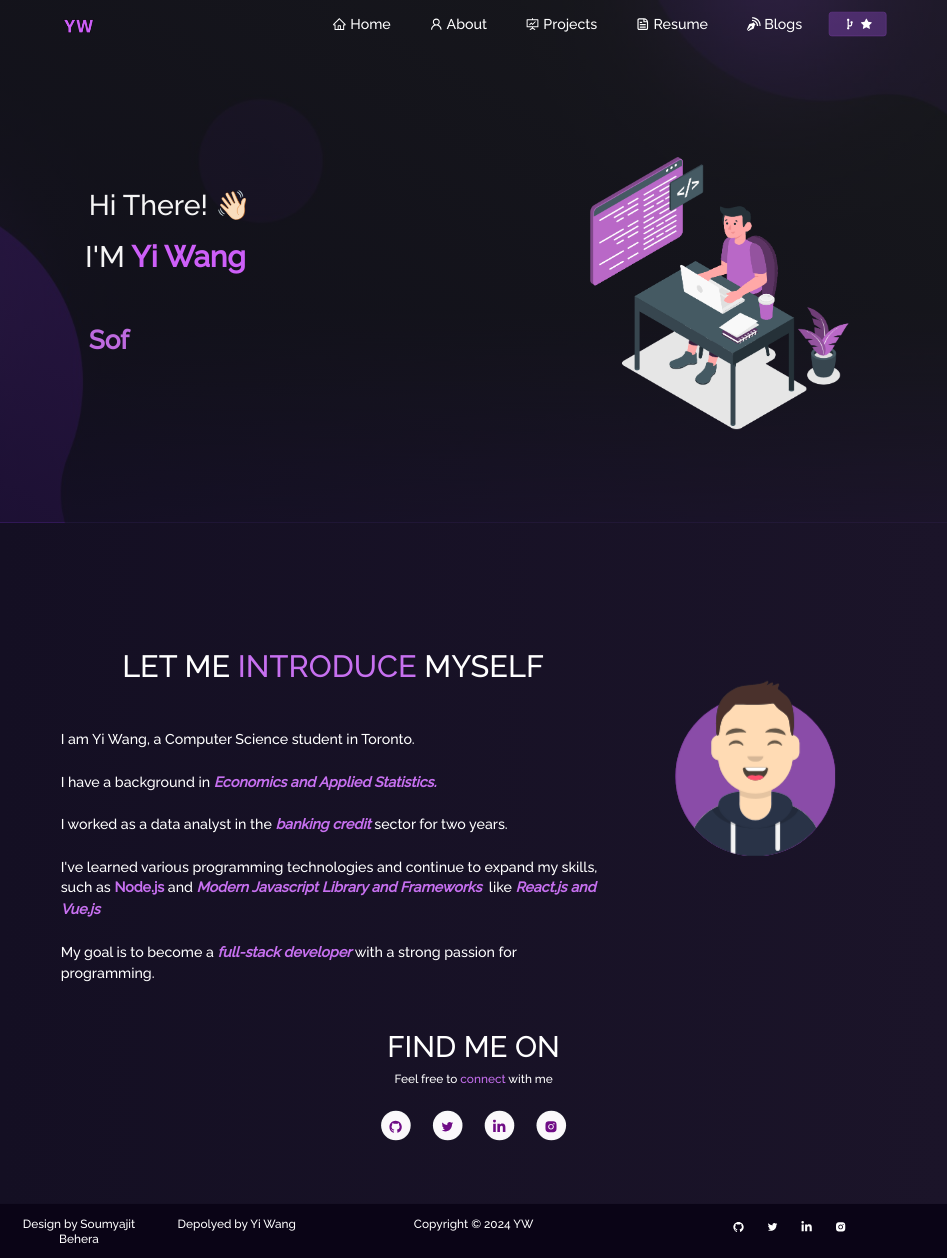
Repository: YiWang24/Portfolio
Page: /
The author's editor kept a copy of each file at every save. The page is drawn from the files as they stood at one save, then again after the next save.
The browser window is 1280 px wide. The pictures show the whole page, at 74% of full size.
The project was rebuilt for these pictures with package versions that can differ from the ones it lists, and the page was loaded fresh each time. Also part of the build but not shown: src/components/About/Github.js, src/components/About/Techstack.js, src/components/About/AboutCard.js, src/components/About/Toolstack.js, src/components/About/About.js, src/components/Projects/ProjectCards.js, src/components/Projects/Projects.js, src/components/Resume/ResumeNew.js. Imported but missing from the stored project, and not drawn on this page: src/Assets/Soumyajit_Behera-BIT_MESRA.pdf.

Above is the page before, as saved 2024-08-21 20:18:14.

### public/index.html
<!DOCTYPE html>
<html lang="en">

<head>
  <meta charset="utf-8" />
  <link rel="icon" href="%PUBLIC_URL%/favicon.png" />
  <meta name="viewport" content="width=device-width, initial-scale=1" />
  <meta name="theme-color" content="#000000" />
  <meta name="description" content="Web site created using create-react-app" />
  <link rel="manifest" href="%PUBLIC_URL%/manifest.json" />
  <title>Yi Wang | Portfolio</title>
  <meta name="description" content="Self Developed personal website build with React.js">

  <!-- Google / Search Engine Tags -->
  <meta itemprop="name" content="Yi Wang | Portfolio">
  <meta itemprop="description" content="Self Developed personal website build with React.js">
  <meta itemprop="image"
    content="https://raw.githubusercontent.com/soumyajit4419/Portfolio/master/Images/readme-img.png?token=AK7VCIF5RYEUZZAURELPTAC76U6AK">

  <!-- Facebook Meta Tags -->
  <meta property="og:url" content="https://soumyajit.vercel.app">
  <meta property="og:type" content="website">
  <meta property="og:title" content="Yi Wang | Portfolio">
  <meta property="og:description" content="Self Developed personal website build with React.js">
  <meta property="og:image"
    content="https://raw.githubusercontent.com/soumyajit4419/Portfolio/master/Images/readme-img.png?token=AK7VCIF5RYEUZZAURELPTAC76U6AK">

  <!-- Twitter Meta Tags -->
  <meta name="twitter:card" content="summary_large_image">
  <meta name="twitter:title" content="Yi Wang | Portfolio">
  <meta name="twitter:description" content="Self Developed personal website build with React.js">
  <meta name="twitter:image"
    content="https://raw.githubusercontent.com/soumyajit4419/Portfolio/master/Images/readme-img.png?token=AK7VCIF5RYEUZZAURELPTAC76U6AK">
</head>

<body>
  <noscript>You need to enable JavaScript to run this app.</noscript>
  <div id="root"></div>
</body>

</html>

### src/components/Navbar.js
import React, { useState } from "react";
import Navbar from "react-bootstrap/Navbar";
import Nav from "react-bootstrap/Nav";
import Container from "react-bootstrap/Container";
import logo from "../Assets/logo.png";
import Button from "react-bootstrap/Button";
import { Link } from "react-router-dom";
import { CgGitFork } from "react-icons/cg";
import { ImBlog } from "react-icons/im";
import {
  AiFillStar,
  AiOutlineHome,
  AiOutlineFundProjectionScreen,
  AiOutlineUser,
} from "react-icons/ai";

import { CgFileDocument } from "react-icons/cg";

function NavBar() {
  const [expand, updateExpanded] = useState(false);
  const [navColour, updateNavbar] = useState(false);

  function scrollHandler() {
    if (window.scrollY >= 20) {
      updateNavbar(true);
    } else {
      updateNavbar(false);
    }
  }

  window.addEventListener("scroll", scrollHandler);

  return (
    <Navbar
      expanded={expand}
      fixed="top"
      expand="md"
      className={navColour ? "sticky" : "navbar"}
    >
      <Container>
        <Navbar.Brand href="/" className="d-flex">
          <img src={logo} className="img-fluid logo" alt="brand" />
        </Navbar.Brand>
        <Navbar.Toggle
          aria-controls="responsive-navbar-nav"
          onClick={() => {
            updateExpanded(expand ? false : "expanded");
          }}
        >
          <span></span>
          <span></span>
          <span></span>
        </Navbar.Toggle>
        <Navbar.Collapse id="responsive-navbar-nav">
          <Nav className="ms-auto" defaultActiveKey="#home">
            <Nav.Item>
              <Nav.Link as={Link} to="/" onClick={() => updateExpanded(false)}>
                <AiOutlineHome style={{ marginBottom: "2px" }} /> Home
              </Nav.Link>
            </Nav.Item>

            <Nav.Item>
              <Nav.Link
                as={Link}
                to="/about"
                onClick={() => updateExpanded(false)}
              >
                <AiOutlineUser style={{ marginBottom: "2px" }} /> About
              </Nav.Link>
            </Nav.Item>

            <Nav.Item>
              <Nav.Link
                as={Link}
                to="/project"
                onClick={() => updateExpanded(false)}
              >
                <AiOutlineFundProjectionScreen
                  style={{ marginBottom: "2px" }}
                />{" "}
                Projects
              </Nav.Link>
            </Nav.Item>

            <Nav.Item>
              <Nav.Link
                as={Link}
                to="/resume"
                onClick={() => updateExpanded(false)}
              >
                <CgFileDocument style={{ marginBottom: "2px" }} /> Resume
              </Nav.Link>
            </Nav.Item>

            <Nav.Item>
              <Nav.Link
                href="https://soumyajitblogs.vercel.app/"
                target="_blank"
                rel="noreferrer"
              >
                <ImBlog style={{ marginBottom: "2px" }} /> Blogs
              </Nav.Link>
            </Nav.Item>

            <Nav.Item className="fork-btn">
              <Button
                href="https://github.com/YiWang24/Portfolio"
                target="_blank"
                className="fork-btn-inner"
              >
                <CgGitFork style={{ fontSize: "1.2em" }} />{" "}
                <AiFillStar style={{ fontSize: "1.1em" }} />
              </Button>
            </Nav.Item>
          </Nav>
        </Navbar.Collapse>
      </Container>
    </Navbar>
  );
}

export default NavBar;

### src/components/Home/Home.js
import React from "react";
import { Container, Row, Col } from "react-bootstrap";
import homeLogo from "../../Assets/home-main.svg";
import Particle from "../Particle";
import Home2 from "./Home2";
import Type from "./Type";

function Home() {
  return (
    <section>
      <Container fluid className="home-section" id="home">
        <Particle />
        <Container className="home-content">
          <Row>
            <Col md={7} className="home-header">
              <h1 style={{ paddingBottom: 15 }} className="heading">
                Hi There!{" "}
                <span className="wave" role="img" aria-labelledby="wave">
                  👋🏻
                </span>
              </h1>

              <h1 className="heading-name">
                I'M
                <strong className="main-name"> Yi Wang</strong>
              </h1>

              <div style={{ padding: 50, textAlign: "left" }}>
                <Type />
              </div>
            </Col>

            <Col md={5} style={{ paddingBottom: 20 }}>
              <img
                src={homeLogo}
                alt="home pic"
                className="img-fluid"
                style={{ maxHeight: "450px" }}
              />
            </Col>
          </Row>
        </Container>
      </Container>
      <Home2 />
    </section>
  );
}

export default Home;

### src/components/Footer.js
import React from "react";
import { Container, Row, Col } from "react-bootstrap";
import {
  AiFillGithub,
  AiOutlineTwitter,
  AiFillInstagram,
} from "react-icons/ai";
import { FaLinkedinIn } from "react-icons/fa";

function Footer() {
  let date = new Date();
  let year = date.getFullYear();
  return (
    <Container fluid className="footer">
      <Row>
        <Col md="2" className="footer-copywright">
          <h3>Design by Soumyajit Behera</h3>
        </Col>
        <Col md="2" className="footer-copywright">
          <h3>Depolyed by Yi Wang</h3>
        </Col>
        <Col md="4" className="footer-copywright">
          <h3>Copyright © {year} YW</h3>
        </Col>
        <Col md="4" className="footer-body">
          <ul className="footer-icons">
            <li className="social-icons">
              <a
                href="https://github.com/YiWang24"
                style={{ color: "white" }}
                target="_blank"
                rel="noopener noreferrer"
                aria-label="GitHub"
              >
                <AiFillGithub />
              </a>
            </li>
            <li className="social-icons">
              <a
                href="https://twitter.com/Soumyajit4419"
                style={{ color: "white" }}
                target="_blank"
                rel="noopener noreferrer"
              >
                <AiOutlineTwitter />
              </a>
            </li>
            <li className="social-icons">
              <a
                href="https://www.linkedin.com/in/yi-wang-51892731a/"
                style={{ color: "white" }}
                target="_blank"
                rel="noopener noreferrer"
              >
                <FaLinkedinIn />
              </a>
            </li>
            <li className="social-icons">
              <a
                href="https://www.instagram.com/soumyajit4419"
                style={{ color: "white" }}
                target="_blank"
                rel="noopener noreferrer"
              >
                <AiFillInstagram />
              </a>
            </li>
          </ul>
        </Col>
      </Row>
    </Container>
  );
}

export default Footer;

### src/components/Particle.js
import React from "react";
import Particles from "react-tsparticles";

function Particle() {
  return (
    <Particles
      id="tsparticles"
      params={{
        particles: {
          number: {
            value: 160,
            density: {
              enable: true,
              value_area: 1500,
            },
          },
          line_linked: {
            enable: false,
            opacity: 0.03,
          },
          move: {
            direction: "right",
            speed: 0.05,
          },
          size: {
            value: 1,
          },
          opacity: {
            anim: {
              enable: true,
              speed: 1,
              opacity_min: 0.05,
            },
          },
        },
        interactivity: {
          events: {
            onclick: {
              enable: true,
              mode: "push",
            },
          },
          modes: {
            push: {
              particles_nb: 1,
            },
          },
        },
        retina_detect: true,
      }}
    />
  );
}

export default Particle;

### src/components/Home/Home2.js
import React from "react";
import { Container, Row, Col } from "react-bootstrap";
import myImg from "../../Assets/avatar.svg";
import Tilt from "react-parallax-tilt";
import {
  AiFillGithub,
  AiOutlineTwitter,
  AiFillInstagram,
} from "react-icons/ai";
import { FaLinkedinIn } from "react-icons/fa";

function Home2() {
  return (
    <Container fluid className="home-about-section" id="about">
      <Container>
        <Row>
          <Col md={8} className="home-about-description">
            <h1 style={{ fontSize: "2.6em" }}>
              LET ME <span className="purple"> INTRODUCE </span> MYSELF
            </h1>
            <p className="home-about-body">
              I am Yi Wang, a Computer Science student in Toronto.
              <br />
              <br />I have a background in
              <i>
                <b className="purple"> Economics and Applied Statistics. </b>
              </i>
              <br />
              <br />I worked as a data analyst in the{" "}
              <i>
                <b className="purple">banking credit </b>
              </i>
              sector for two years. &nbsp;
              <br />
              <br />
              I've learned various programming technologies and continue to
              expand my skills, such as <b className="purple">Node.js</b> and
              <i>
                <b className="purple">
                  {" "}
                  Modern Javascript Library and Frameworks
                </b>
              </i>
              &nbsp; like
              <i>
                <b className="purple"> React.js and Vue.js</b>
              </i>
              <br />
              <br />
              My goal is to become a{" "}
              <i>
                <b className="purple">full-stack developer</b>
              </i>{" "}
              with a strong passion for programming.
            </p>
          </Col>
          <Col md={4} className="myAvtar">
            <Tilt>
              <img src={myImg} className="img-fluid" alt="avatar" />
            </Tilt>
          </Col>
        </Row>
        <Row>
          <Col md={12} className="home-about-social">
            <h1>FIND ME ON</h1>
            <p>
              Feel free to <span className="purple">connect </span>with me
            </p>
            <ul className="home-about-social-links">
              <li className="social-icons">
                <a
                  href="https://github.com/YiWang24"
                  target="_blank"
                  rel="noreferrer"
                  className="icon-colour  home-social-icons"
                >
                  <AiFillGithub />
                </a>
              </li>
              <li className="social-icons">
                <a
                  href="https://twitter.com/Soumyajit4419"
                  target="_blank"
                  rel="noreferrer"
                  className="icon-colour  home-social-icons"
                >
                  <AiOutlineTwitter />
                </a>
              </li>
              <li className="social-icons">
                <a
                  href="https://www.linkedin.com/in/soumyajit4419/"
                  target="_blank"
                  rel="noreferrer"
                  className="icon-colour  home-social-icons"
                >
                  <FaLinkedinIn />
                </a>
              </li>
              <li className="social-icons">
                <a
                  href="https://www.instagram.com/soumyajit4419"
                  target="_blank"
                  rel="noreferrer"
                  className="icon-colour home-social-icons"
                >
                  <AiFillInstagram />
                </a>
              </li>
            </ul>
          </Col>
        </Row>
      </Container>
    </Container>
  );
}
export default Home2;

### src/components/Home/Type.js
import React from "react";
import Typewriter from "typewriter-effect";

function Type() {
  return (
    <Typewriter
      options={{
        strings: [
          "Software Developer",
          "Freelancer",
          "Web FUll-Stack Developer",
          "Open Source Contributor",
        ],
        autoStart: true,
        loop: true,
        deleteSpeed: 50,
      }}
    />
  );
}

export default Type;

Loaded but not shown: src/index.js (common file); src/index.css (common file); src/App.js (common file); src/reportWebVitals.js (common file); src/components/Pre.js (common file); src/components/ScrollToTop.js (common file); src/style.css (common file); src/App.css (common file)

After the next save:
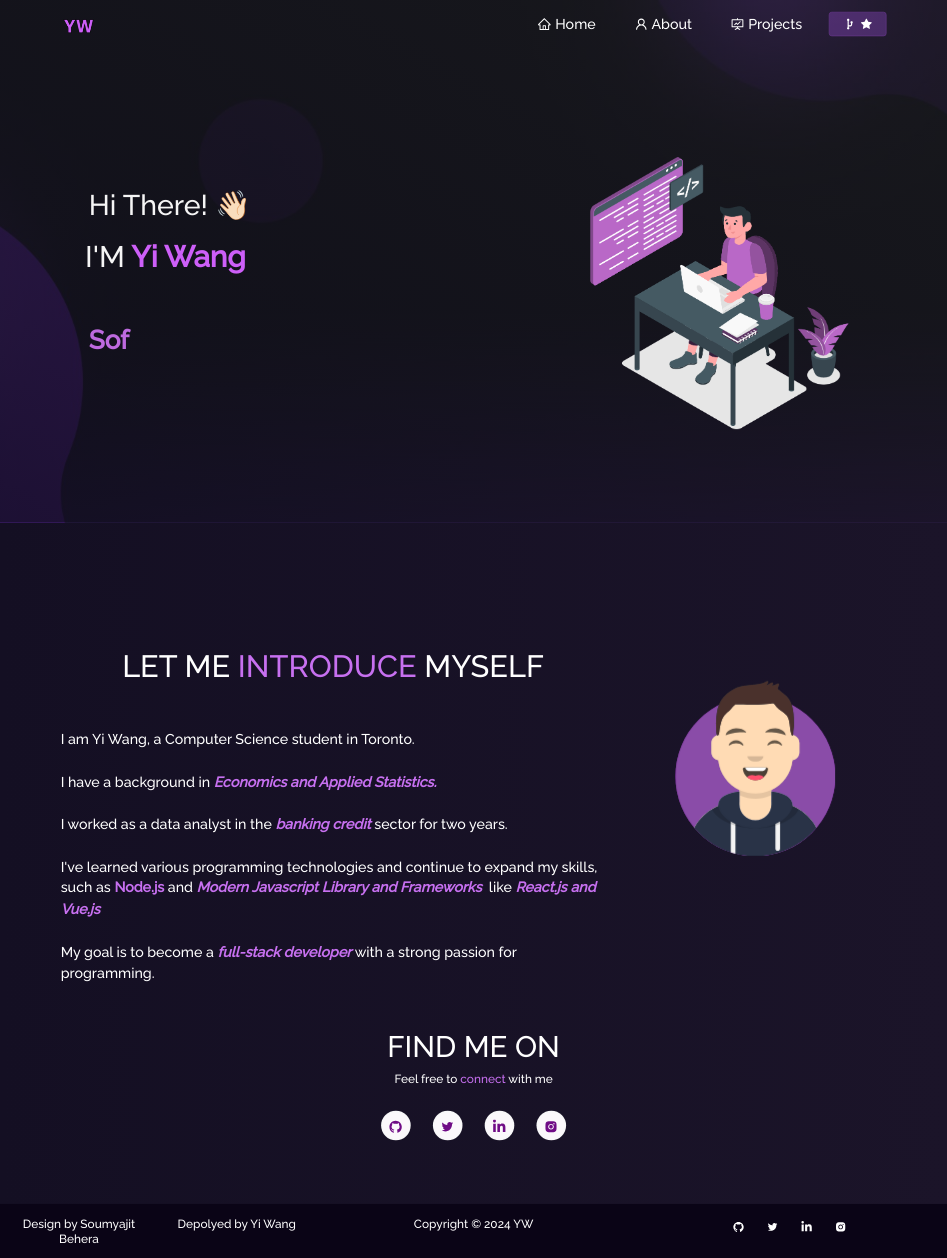
Saved 64 s later.
--- a/src/components/Navbar.js
+++ b/src/components/Navbar.js
@@ -82,7 +82,7 @@ function NavBar() {
               </Nav.Link>
             </Nav.Item>
 
-            <Nav.Item>
+            {/* <Nav.Item>
               <Nav.Link
                 as={Link}
                 to="/resume"
@@ -100,7 +100,7 @@ function NavBar() {
               >
                 <ImBlog style={{ marginBottom: "2px" }} /> Blogs
               </Nav.Link>
-            </Nav.Item>
+            </Nav.Item> */}
 
             <Nav.Item className="fork-btn">
               <Button
